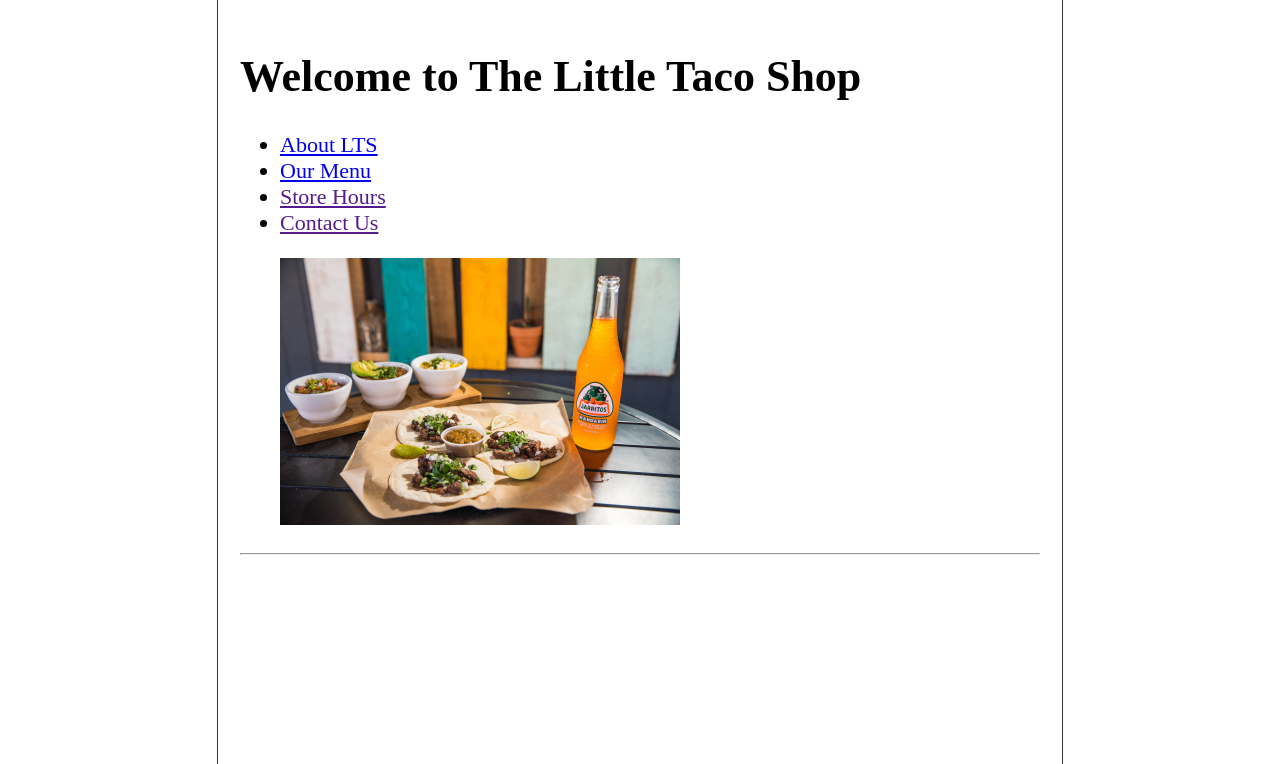
Repository: Israa-Odeh/html-basics-project
Page: index.html
An editor plug-in stored every save of this project. The page is shown before and after the next save, followed by the edit.
The browser window is 1280 px wide. The pictures show the whole page.

Above is the page before, as saved 2024-08-20 01:39:25.

### index.html
<!DOCTYPE html>
<html lang="en">

<head>
    <meta charset="UTF-8">
    <meta name="author" content="Israa Odeh">
    <meta name="description"
        content="Welcome to Discover the ultimate taco experience at our little taco shop. Explore our diverse menu featuring delicious, authentic tacos made with fresh ingredients. From classic favorites to inventive new flavors, our taco shop offers a vibrant atmosphere and exceptional service. Join us for a taste of perfection in every bite!">
    <title>Little Taco Shop</title>
    <link rel="icon" href="favicon.ico" type="image/x-icon">
    <link rel="stylesheet" href="css/style.css">
</head>

<body>
    <header>
        <h1>Welcome to The Little Taco Shop</h1>
        <nav>
            <ul>
                <li>
                    <a href="#about">About LTS</a>
                </li>
                <li>
                    <a href="#menu">Our Menu</a>
                </li>
                <li>
                    <a href="">Store Hours</a>
                </li>
                <li>
                    <a href="">Contact Us</a>
                </li>
            </ul>

            <figure>
                <img src="img/tacos_and_drink_400x267.png"
                    alt="Three taco meals with three salads and a shared bottle of drink" width="400" height="267">
                <figcaption></figcaption>
            </figure>
        </nav>
    </header>

    <hr>

    <main>

    </main>

    <footer>

    </footer>

</body>

</html>

Loaded but not shown: css/style.css (common file)

After the next save:
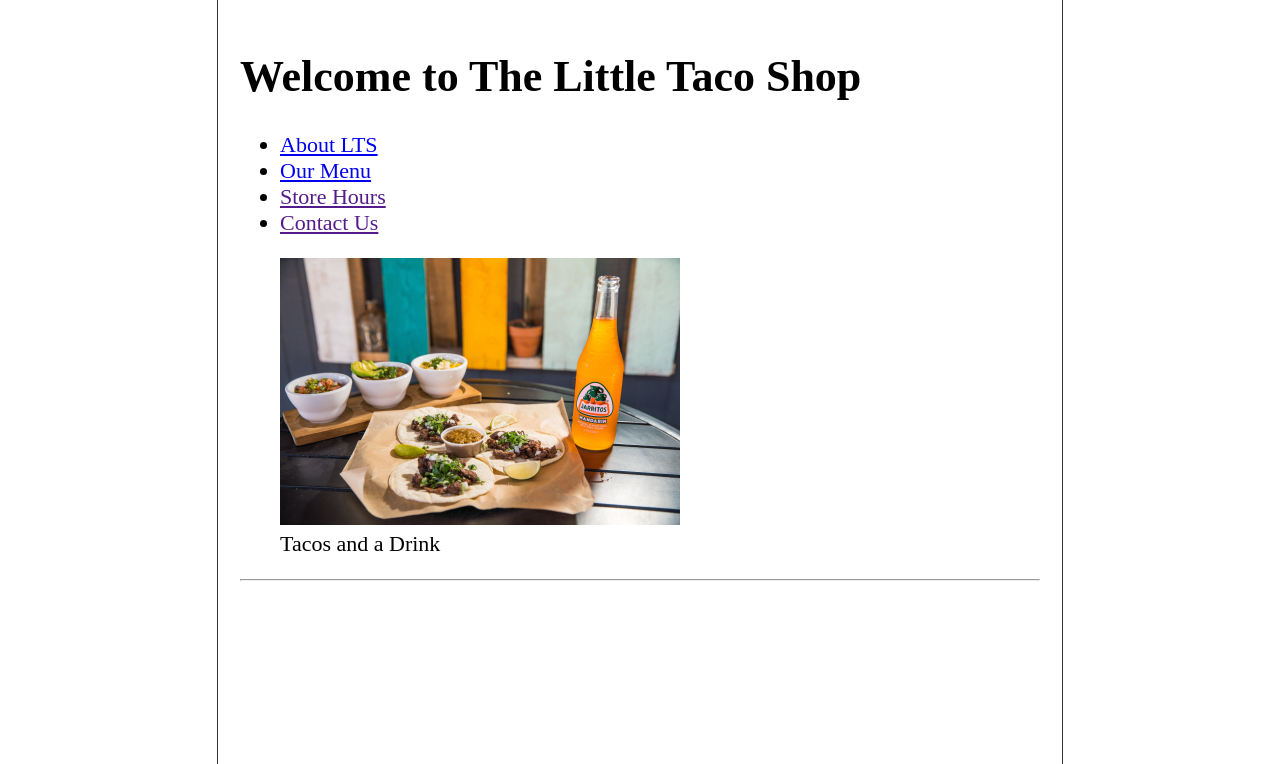
Saved 5 s later.
--- a/index.html
+++ b/index.html
@@ -33,7 +33,7 @@
             <figure>
                 <img src="img/tacos_and_drink_400x267.png"
                     alt="Three taco meals with three salads and a shared bottle of drink" width="400" height="267">
-                <figcaption></figcaption>
+                <figcaption>Tacos and a Drink</figcaption>
             </figure>
         </nav>
     </header>
